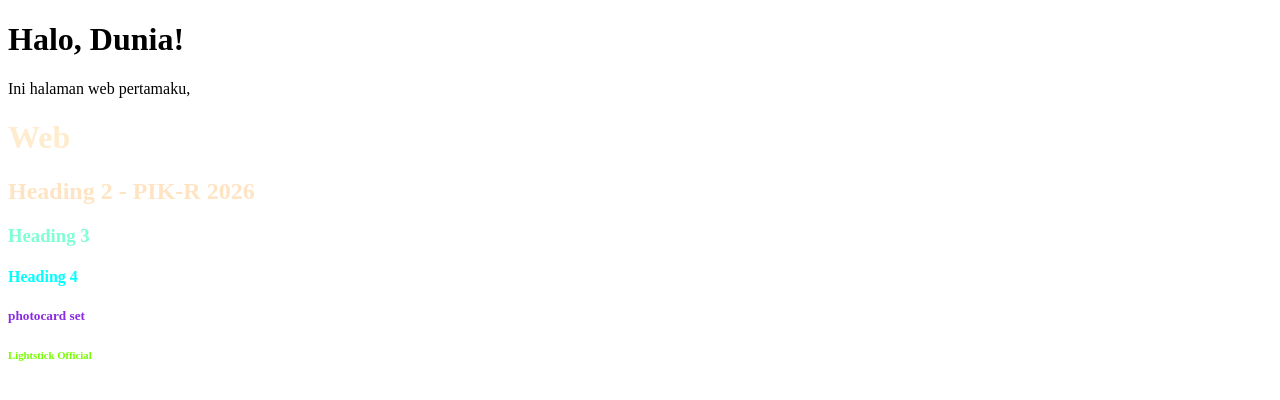
Repository: sekartazivi/241552010020-Web-Application-Development
Page: test.html
An editor plug-in stored every save of this project. The page is shown before and after the next save, followed by the edit.
The browser window is 1280 px wide. The pictures show the whole page.

Above is the page before, as saved 2026-02-20 08:37:26.

### test.html
<!DOCTYPE html>
<html lang="en">
<head>
    <meta charset="UTF-8">
    <meta name="viewport" content="width=device-width, initial-scale=<,>">
    <title>Document</title>
</head>
<body>
    <h1>Halo, Dunia!</h1>
    <p>Ini halaman web pertamaku,</p>
    <h1 style="color: blanchedalmond;">Web </h1>
    <h2 style="color: bisque;">Heading 2 - PIK-R 2026</h2>
    <h3 style="color: aquamarine;" >Heading 3</h3>
    <h4 style="color: aqua;" >Heading 4</h4>
    <h5 style="color: blueviolet;">photocard set</h5>
    <h6 style="color: rgb(119, 255, 0);">Lightstick Official</h6>
</body>
</html>

After the next save:
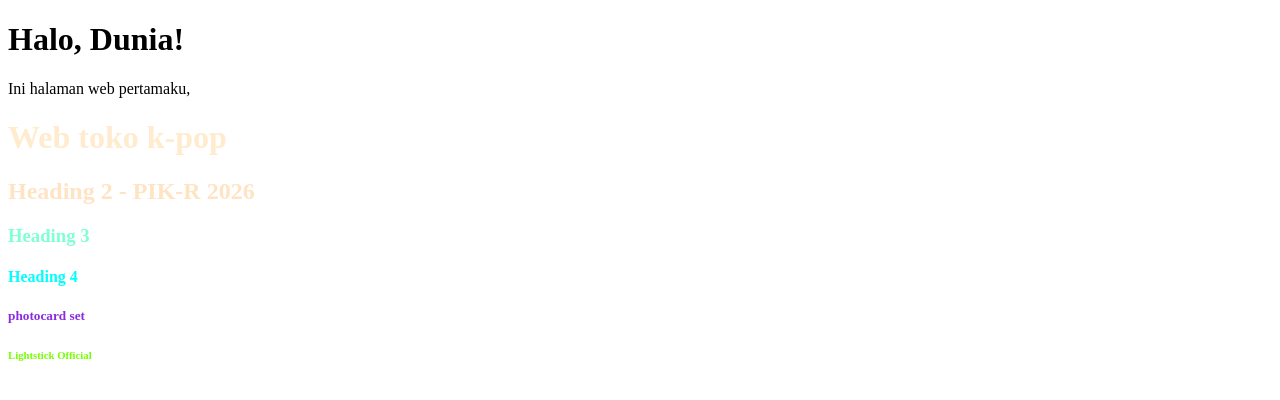
Saved 5 s later.
--- a/test.html
+++ b/test.html
@@ -8,7 +8,7 @@
 <body>
     <h1>Halo, Dunia!</h1>
     <p>Ini halaman web pertamaku,</p>
-    <h1 style="color: blanchedalmond;">Web </h1>
+    <h1 style="color: blanchedalmond;">Web toko k-pop</h1>
     <h2 style="color: bisque;">Heading 2 - PIK-R 2026</h2>
     <h3 style="color: aquamarine;" >Heading 3</h3>
     <h4 style="color: aqua;" >Heading 4</h4>
